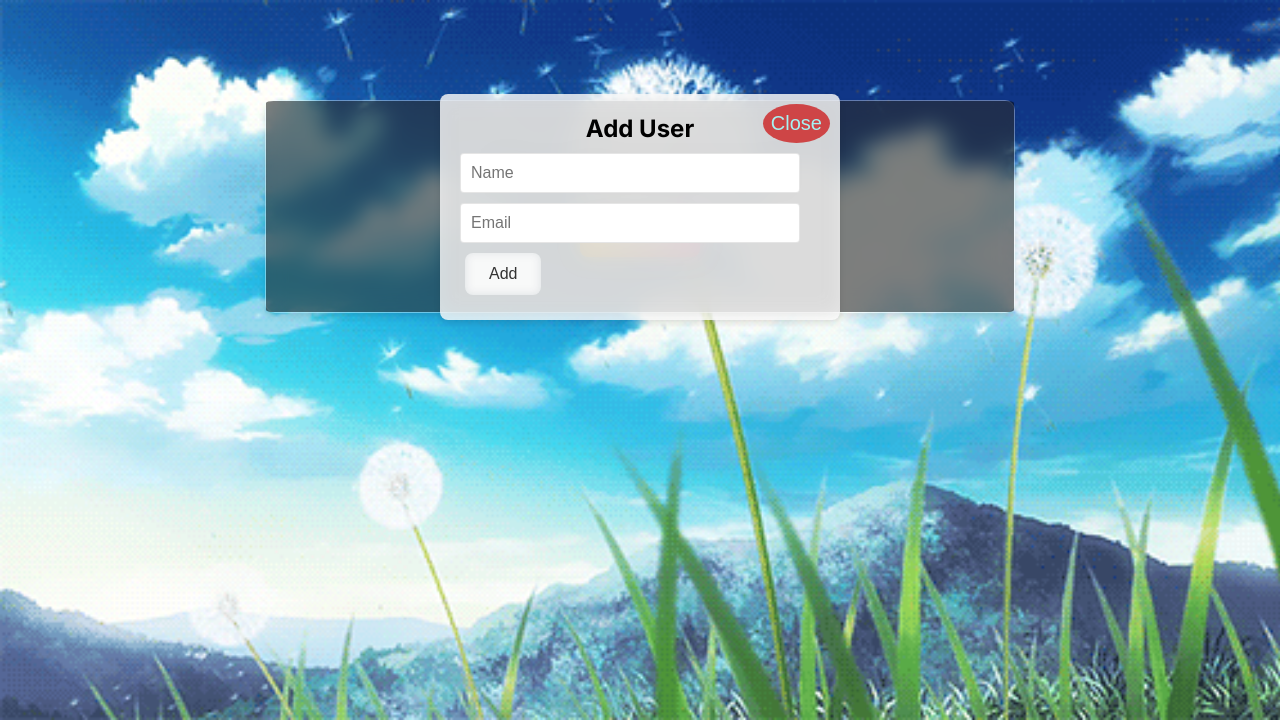
Repository: EeeeeEyyyy/crud-proj
Page: /, after clicking the first element matching `#add-n`
These files come from the project's save history. The page is drawn as it stood at one moment and after the next save; the edit follows.
The browser window is 1280 px wide. The pictures show the whole page.
The page's requests for data from a server got no answer. The project was rebuilt for these pictures with package versions that can differ from the ones it lists, and the page was loaded fresh each time. The framework's server and built-in components were replaced by stand-ins that run in the browser. No one was signed in, and anything a server would have sent is missing. Also part of the build but not shown: next.config.mjs.

Above is the page before, as saved 2024-06-25 09:15:20.

### src/app/page.js
"use client";

import React, { useEffect, useState } from "react";
import axios from "axios";

const Page = () => {
  const [users, setUsers] = useState([]);
  const [isCreateModalOpen, setCreateModalOpen] = useState(false);
  const [isUpdateModalOpen, setUpdateModalOpen] = useState(false);
  const [isDeleteModalOpen, setDeleteModalOpen] = useState(false);
  const [selectedUser, setSelectedUser] = useState(null);
  const [newUser, setNewUser] = useState({ name: "", email: "" });

  useEffect(() => {
    fetchUsers();
  }, []);

  const fetchUsers = async () => {
    try {
      const response = await axios.get(
        "https://jsonplaceholder.typicode.com/users"
      );
      setUsers(response.data);
    } catch (error) {
      console.error("Error fetching users:", error);
    }
  };

  const addUser = async () => {
    try {
      const response = await axios.post(
        "https://jsonplaceholder.typicode.com/users",
        newUser
      );
      setUsers([...users, response.data]);
      setCreateModalOpen(false);
    } catch (error) {
      console.error("Error adding user:", error);
    }
  };

  const updateUser = async (id) => {
    try {
      const response = await axios.put(
        `https://jsonplaceholder.typicode.com/users/${id}`,
        selectedUser
      );
      setUsers(users.map((user) => (user.id === id ? response.data : user)));
      setUpdateModalOpen(false);
    } catch (error) {
      console.error("Error updating user:", error);
    }
  };

  const deleteUser = async (id) => {
    try {
      await axios.delete(`https://jsonplaceholder.typicode.com/users/${id}`);
      setUsers(users.filter((user) => user.id !== id));
      setDeleteModalOpen(false);
    } catch (error) {
      console.error("Error deleting user:", error);
    }
  };

  const openCreateModal = () => {
    setNewUser({ name: "", email: "" });
    setCreateModalOpen(true);
  };

  const closeCreateModal = () => {
    setCreateModalOpen(false);
  };

  const openUpdateModal = (user) => {
    setSelectedUser(user);
    setUpdateModalOpen(true);
  };

  const closeUpdateModal = () => {
    setSelectedUser(null);
    setUpdateModalOpen(false);
  };

  const openDeleteModal = (user) => {
    setSelectedUser(user);
    setDeleteModalOpen(true);
  };

  const closeDeleteModal = () => {
    setSelectedUser(null);
    setDeleteModalOpen(false);
  };

  const handleGoToHome = () => {
    router.push("/");
  };

  return (
    <div className="container">
      <h1>User Management</h1>
      <div className="Add-me">
        <button
          onClick={openCreateModal}
          className="glassButton-add"
          id="add-n"
        >
          Add User
        </button>
      </div>
      <ul>
        {users.map((user) => (
          <li key={user.id}>
            {user.name} - {user.email}
            <div className="buttones">
              {" "}
              <button
                onClick={() => openUpdateModal(user)}
                className="glassButton"
                id="update-n"
              >
                Update
              </button>
              <button
                onClick={() => openDeleteModal(user)}
                className="glassButton"
                id="delete-n"
              >
                Delete
              </button>
            </div>
          </li>
        ))}
      </ul>
      {isCreateModalOpen && (
        <div className="modalOverlay">
          <div className="modal">
            <h2>Add User</h2>
            <input
              type="text"
              placeholder="Name"
              value={newUser.name}
              onChange={(e) => setNewUser({ ...newUser, name: e.target.value })}
            />
            <input
              type="email"
              placeholder="Email"
              value={newUser.email}
              onChange={(e) =>
                setNewUser({ ...newUser, email: e.target.value })
              }
            />
            <button onClick={addUser} className="glassButton">
              Add
            </button>
            <button onClick={closeCreateModal} className="closeButton">
              Close
            </button>
          </div>
        </div>
      )}
      {isUpdateModalOpen && selectedUser && (
        <div className="modalOverlay">
          <div className="modal">
            <h2>Update User</h2>
            <input
              type="text"
              placeholder="Name"
              value={selectedUser.name}
              onChange={(e) =>
                setSelectedUser({ ...selectedUser, name: e.target.value })
              }
            />
            <input
              type="email"
              placeholder="Email"
              value={selectedUser.email}
              onChange={(e) =>
                setSelectedUser({ ...selectedUser, email: e.target.value })
              }
            />
            <div className="update-b">
              <button
                onClick={() => updateUser(selectedUser.id)}
                className="glassButton"
                id="update-g"
              >
                Update
              </button>
            </div>
            <button onClick={closeUpdateModal} className="closeButton">
              Close
            </button>
          </div>
        </div>
      )}
      {isDeleteModalOpen && selectedUser && (
        <div className="modalOverlay">
          <div className="modal">
            <h2>Are you sure you want to delete {selectedUser.name}?</h2>
            <div className="yes-b">
              <button
                onClick={() => deleteUser(selectedUser.id)}
                className="glassButton"
              >
                Yes
              </button>
            </div>
            <button onClick={closeDeleteModal} className="closeButton">
              No
            </button>
          </div>
        </div>
      )}
    </div>
  );
};
export default Page;

### src/app/globals.css
* {
  box-sizing: border-box;
  padding: 0;
  margin: 0;
}
html,
body {
  max-width: 100vw;
  overflow-x: hidden;
  background: url(g.gif);
  background-size: cover;
  height: 100%;
  margin: 0;
  padding: 0;
  font-family: Georgia, "Times New Roman", Times, serif;
}
a {
  color: inherit;
  text-decoration: none;
}
.main {
  display: flex;
  flex-direction: column;
  justify-content: space-between;
  align-items: center;
  padding: 6rem;
  min-height: 100vh;
}
.description {
  display: inherit;
  justify-content: inherit;
  align-items: inherit;
  font-size: 0.85rem;
  max-width: var(--max-width);
  width: 100%;
  z-index: 2;
  font-family: var(--font-mono);
}
.description a {
  display: flex;
  justify-content: center;
  align-items: center;
  gap: 0.5rem;
}
.description p {
  position: relative;
  margin: 0;
  padding: 1rem;
  background-color: rgba(var(--callout-rgb), 0.5);
  border: 1px solid rgba(var(--callout-border-rgb), 0.3);
  border-radius: var(--border-radius);
}
.code {
  font-weight: 700;
  font-family: var(--font-mono);
}
.grid {
  display: grid;
  grid-template-columns: repeat(4, minmax(25%, auto));
  max-width: 100%;
  width: var(--max-width);
}
.card {
  padding: 1rem 1.2rem;
  border-radius: var(--border-radius);
  background: rgba(var(--card-rgb), 0);
  border: 1px solid rgba(var(--card-border-rgb), 0);
  transition: background 200ms, border 200ms;
}
.card span {
  display: inline-block;
  transition: transform 200ms;
}

.card h2 {
  font-weight: 600;
  margin-bottom: 0.7rem;
}
.card p {
  margin: 0;
  opacity: 0.6;
  font-size: 0.9rem;
  line-height: 1.5;
  max-width: 30ch;
  text-wrap: balance;
}
.center {
  display: flex;
  justify-content: center;
  align-items: center;
  position: relative;
  padding: 4rem 0;
}
.center::before {
  background: var(--secondary-glow);
  border-radius: 50%;
  width: 480px;
  height: 360px;
  margin-left: -400px;
}
.center::after {
  background: var(--primary-glow);
  width: 240px;
  height: 180px;
  z-index: -1;
}
.center::before,
.center::after {
  content: "";
  left: 50%;
  position: absolute;
  filter: blur(45px);
  transform: translateZ(0);
}
.logo {
  position: relative;
}
/* Enable hover only on non-touch devices */
@media (hover: hover) and (pointer: fine) {
  .card:hover {
    background: rgba(var(--card-rgb), 0.1);
    border: 1px solid rgba(var(--card-border-rgb), 0.15);
  }
  .card:hover span {
    transform: translateX(4px);
  }
}
@media (prefers-reduced-motion) {
  .card:hover span {
    transform: none;
  }
}
/* Mobile */
@media (max-width: 700px) {
  .content {
    padding: 4rem;
  }
  .grid {
    grid-template-columns: 1fr;
    margin-bottom: 120px;
    max-width: 320px;
    text-align: center;
  }
  .card {
    padding: 1rem 2.5rem;
  }

  .card h2 {
    margin-bottom: 0.5rem;
  }

  .center {
    padding: 8rem 0 6rem;
  }

  .center::before {
    transform: none;
    height: 300px;
  }

  .description {
    font-size: 0.8rem;
  }

  .description a {
    padding: 1rem;
  }

  .description p,
  .description div {
    display: flex;
    justify-content: center;
    position: fixed;
    width: 100%;
  }

  .description p {
    align-items: center;
    inset: 0 0 auto;
    padding: 2rem 1rem 1.4rem;
    border-radius: 0;
    border: none;
    border-bottom: 1px solid rgba(var(--callout-border-rgb), 0.25);
    background: linear-gradient(
      to bottom,
      rgba(var(--background-start-rgb), 1),
      rgba(var(--callout-rgb), 0.5)
    );
    background-clip: padding-box;
    backdrop-filter: blur(24px);
  }

  .description div {
    align-items: flex-end;
    pointer-events: none;
    inset: auto 0 0;
    padding: 2rem;
    height: 200px;
    background: linear-gradient(
      to bottom,
      transparent 0%,
      rgb(var(--background-end-rgb)) 40%
    );
    z-index: 1;
  }
}

/* Tablet and Smaller Desktop */
@media (min-width: 701px) and (max-width: 1120px) {
  .grid {
    grid-template-columns: repeat(2, 50%);
  }
}

@media (prefers-color-scheme: dark) {
  .vercelLogo {
    filter: invert(1);
  }

  .logo {
    filter: invert(1) drop-shadow(0 0 0.3rem #ffffff70);
  }
}

@keyframes rotate {
  from {
    transform: rotate(360deg);
  }
  to {
    transform: rotate(0deg);
  }
}

h1 {
  font-size: 2em;
  margin-bottom: 20px;
  color: #333;
}

/* Glass Button Styles */
.glassButton {
  background: rgba(255, 255, 255, 0.2);
  border: none;
  padding: 12px 24px;
  font-size: 16px;
  color: #7f0c0c;
  cursor: pointer;
  outline: none;
  transition: background-color 0.3s ease, transform 0.3s ease;
  backdrop-filter: blur(5px);
  border-radius: 8px;
  margin: 5px;
  display: flex;
  flex-direction: row;
  align-items: center;
}

.glassButton:hover {
  background: rgba(255, 255, 255, 0.3);
  transform: scale(1.05);
}

/* Modal Styles */
.modalOverlay {
  position: fixed;
  top: 0;
  left: 0;
  right: 0;
  bottom: 0;
  background-color: rgba(0, 0, 0, 0.5);
  display: flex;
  justify-content: center;
  align-items: center;
  z-index: 1000;
}

.modal {
  background: rgba(255, 255, 255, 0.8);
  padding: 20px;
  border-radius: 8px;
  width: 400px;
  max-width: 90%;
  box-shadow: 0 4px 6px rgba(0, 0, 0, 0.1);
  backdrop-filter: blur(10px);
  position: relative;
}

.closeButton {
  background: rgba(255, 255, 255, 0.5);
  padding: 8px;
  border-radius: 50%;
  border: none;
  font-size: 20px;
  cursor: pointer;
  position: absolute;
  top: 10px;
  right: 10px;
  transition: background-color 0.3s ease;
}

.closeButton:hover {
  background: rgba(255, 255, 255, 0.8);
}

/* List Styles */
ul {
  list-style-type: none;
  padding: 0;
}

li {
  display: flex;
  justify-content: space-between;
  align-items: center;
  padding: 10px;
  border-bottom: 1px solid rgba(0, 0, 0, 0.1);
  color: #333;
}

/* Input Styles */
input {
  display: block;
  width: calc(100% - 20px);
  margin: 10px 0;
  padding: 10px;
  border: 1px solid rgba(0, 0, 0, 0.1);
  border-radius: 4px;
  font-size: 16px;
}
.container {
  max-width: 750px;
  margin: 100px auto;
  padding: 50px;
  background: rgba(255, 255, 255, 0.2);
  border: 1px solid rgba(255, 255, 255, 0.18);
  border-radius: 10px;
  backdrop-filter: blur(10px);
  box-shadow: 0 4px 6px rgba(0, 0, 0, 0.1);
  text-align: center;
}
h1 {
  font-size: 2em;
  margin-bottom: 20px;
  color: #333;
}
.glassButton {
  display: flex;
  flex-direction: row;
  align-items: center;
  gap: 30px;
  background: rgba(255, 255, 255, 0.2);
  border: none;
  padding: 12px 24px;
  font-size: 16px;
  color: #333;
  cursor: pointer;
  outline: none;
  transition: background-color 0.3s ease, transform 0.3s ease;
  backdrop-filter: blur(5px);
  border-radius: 8px;
  margin: 5px;
}
.glassButton-add {
  display: flex;
  flex-direction: row;
  align-items: center;
  gap: 30px;
  background: #17f3ff33;
  border: none;
  padding: 12px 24px;
  font-size: 16px;
  color: #333;
  cursor: pointer;
  outline: none;
  transition: background-color 0.3s ease, transform 0.3s ease;
  backdrop-filter: blur(5px);
  border-radius: 8px;
  margin: 5px;
}
.glassButton:hover {
  background: rgba(255, 255, 255, 0.3);
  transform: scale(1.05);
}
.modalOverlay {
  position: fixed;
  top: 0;
  left: 0;
  right: 0;
  bottom: 0;
  background-color: rgba(0, 0, 0, 0.5);
  display: flex;
  justify-content: center;
  align-items: center;
  z-index: 1000;
  size: 50px;

  border-radius: 1%;
}
.modal {
  background: rgba(255, 255, 255, 0.8);
  padding: 20px;
  border-radius: 8px;
  width: 400px;
  max-width: 90%;
  box-shadow: 0 4px 6px rgba(0, 0, 0, 0.1);
  backdrop-filter: blur(10px);
  position: fixed;
}
.closeButton {
  background: rgba(205, 12, 12, 0.71);
  padding: 8px;
  border-radius: 50%;
  border: none;
  font-size: 20px;
  cursor: pointer;
  position: absolute;
  top: 10px;
  color: rgb(166, 243, 243);
  right: 10px;
  transition: background-color 0.3s ease;
}
.closeButton:hover {
  background: rgba(255, 255, 255, 0.8);
}
ul {
  list-style-type: none;
  padding: 0;
}
li {
  display: flex;
  justify-content: space-between;
  align-items: center;
  padding: 10px;
  border-bottom: 1px solid rgba(0, 0, 0, 0.1);
  color: #333;
}
input {
  display: block;
  width: calc(100% - 20px);
  margin: 10px 0;
  padding: 10px;
  border: 1px solid rgba(0, 0, 0, 0.1);
  border-radius: 4px;
  font-size: 16px;
}
.Add-me {
  text-align: center;
  display: flex;
  justify-content: center;
}

.buttones {
  display: flex;
  justify-content: space-between;
}
#delete-n {
  background: linear-gradient(45deg, rgb(255, 0, 0), rgba(54, 6, 78, 0.441));
  font-weight: bold;
  color: rgb(7, 0, 107);
}
#update-n {
  background: linear-gradient(45deg, rgb(182, 4, 247), rgb(18, 161, 111));
  font-weight: bold;
  color: beige;
}
#add-n {
  font-weight: bold;
  background: linear-gradient(45deg, rgb(235, 190, 9), rgb(193, 57, 163));
  color: aquamarine;
}
.update-b {
  display: flex;
  justify-content: center;
  margin: 10px;
  margin-top: 30px;
}
.yes-b {
  display: flex;
  justify-content: center;
  margin: 10px;
  margin-top: 30px;
}
#update-g {
  font-weight: bold;
  background: linear-gradient(45deg, rgb(235, 190, 9), rgb(193, 57, 163));
  color: rgb(4, 0, 220);
}

Loaded but not shown: src/app/layout.js (common file)

After the next save:
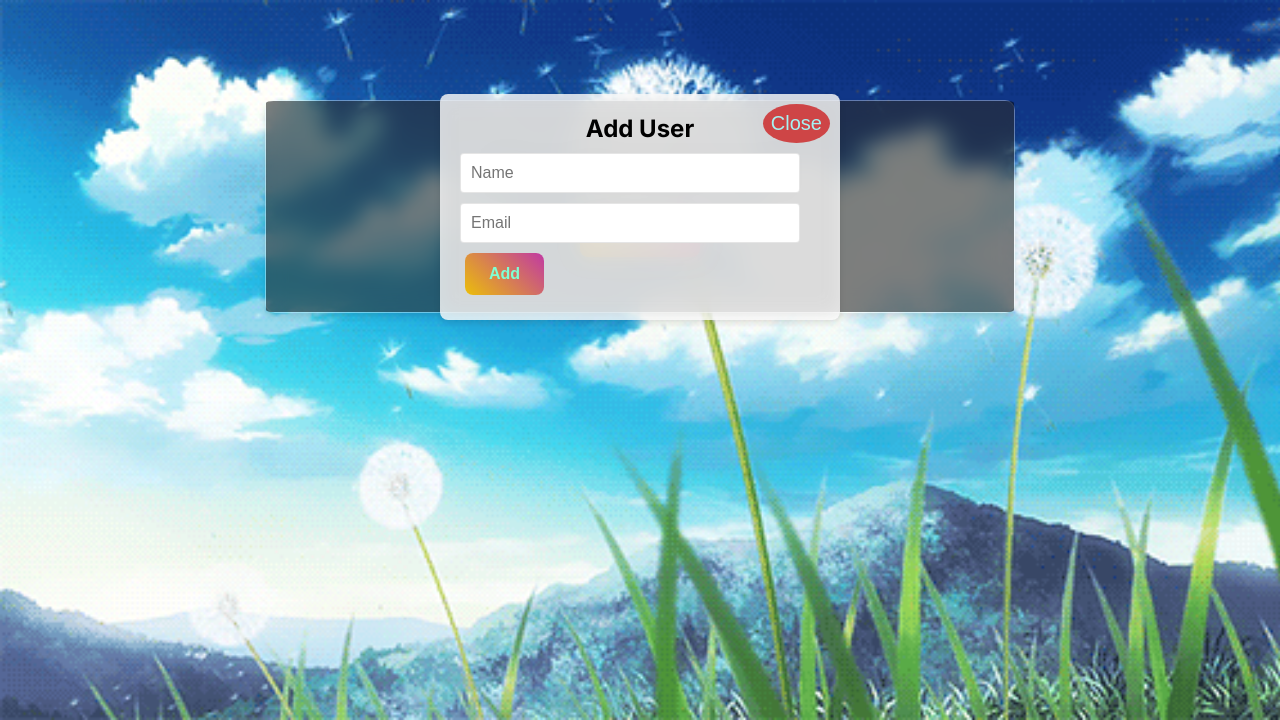
Saved 75 s later.
--- a/src/app/page.js
+++ b/src/app/page.js
@@ -149,7 +149,7 @@ const Page = () => {
                 setNewUser({ ...newUser, email: e.target.value })
               }
             />
-            <button onClick={addUser} className="glassButton">
+            <button onClick={addUser} className="glassButton" id="add-n">
               Add
             </button>
             <button onClick={closeCreateModal} className="closeButton">
